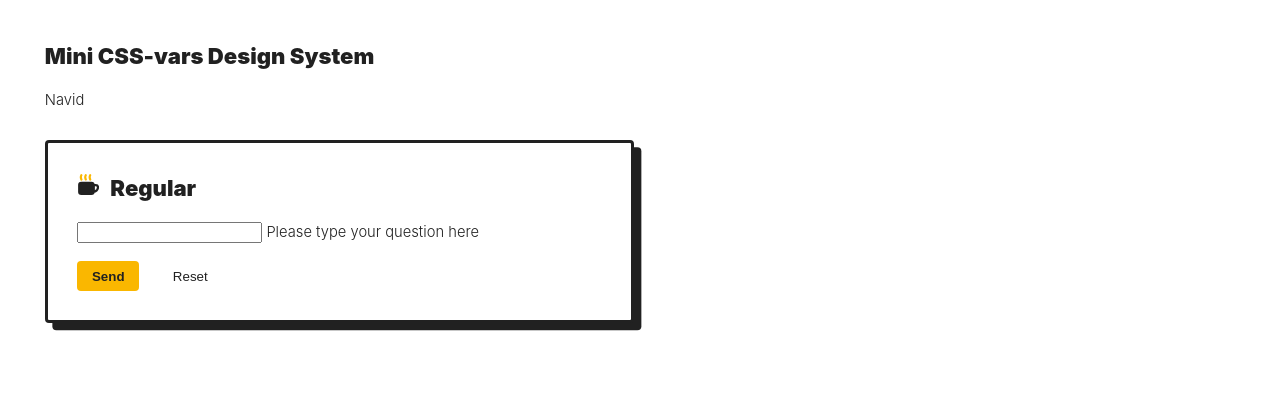
Repository: navid-amini12/capstone-1
Page: quiz.html
The author's editor kept a copy of each file at every save. The page is drawn from the files as they stood at one save, then again after the next save.
The browser window is 1280 px wide. The pictures show the whole page.
Some web fonts or font styles are not loaded; a fallback is used.

Above is the page before, as saved 2022-05-17 12:18:27.

### quiz.html

<head>
    <link rel="stylesheet" href="quiz.css">
    </head>

<article class="l-design-widht">
    <h1>Mini CSS-vars Design System</h1>

   <p>Navid</p>

    <div class="card">
      <h2><svg class="icon" aria-hidden="true">
        <use xlink:href="#icon-coffee" href="#icon-coffee" /></svg>Regular</h2>
      <label class="input">
        <input class="input__field" type="text" placeholder=" " />
        <span class="input__label">Please type your question here</span>
      </label>
      <div class="button-group">
        <button>Send</button>
        <button type="reset">Reset</button>
      </div>
    </div>



  <svg xmlns="http://www.w3.org/2000/svg" class="hidden">
    <symbol id="icon-coffee" viewBox="0 0 20 20">
      <title>icon-coffee</title>
      <path fill="currentColor" d="M15,17H14V9h3a3,3,0,0,1,3,3h0A5,5,0,0,1,15,17Zm1-6v3.83A3,3,0,0,0,18,12a1,1,0,0,0-1-1Z"/>
      <rect fill="currentColor" x="1" y="7" width="15" height="12" rx="3" ry="3"/>
      <path fill="var(--color-accent)" d="M7.07,5.42a5.45,5.45,0,0,1,0-4.85,1,1,0,0,1,1.79.89,3.44,3.44,0,0,0,0,3.06,1,1,0,0,1-1.79.89Z"/>
      <path fill="var(--color-accent)" d="M3.07,5.42a5.45,5.45,0,0,1,0-4.85,1,1,0,0,1,1.79.89,3.44,3.44,0,0,0,0,3.06,1,1,0,1,1-1.79.89Z"/>
      <path fill="var(--color-accent)" d="M11.07,5.42a5.45,5.45,0,0,1,0-4.85,1,1,0,0,1,1.79.89,3.44,3.44,0,0,0,0,3.06,1,1,0,1,1-1.79.89Z"/>
    </symbol>
  </svg>

### quiz.css
@import url('https://rsms.me/inter/inter.css');

:root {
  --color-light: white;
  --color-dark: #212121;
  --color-signal: #fab700;

  --color-background: var(--color-light);
  --color-text: var(--color-dark);
  --color-accent: var(--color-signal);

  --size-bezel: .5rem;
  --size-radius: 4px;

  line-height: 1.4;

  font-family: 'Inter', sans-serif;
  font-size: calc(.6rem + .4vw);
  color: var(--color-text);
  background: var(--color-background);
  font-weight: 300;
  padding: 0 calc(var(--size-bezel) * 3);
}

h1, h2, h3 {
  font-weight: 900;
}

mark {
  background: var(--color-accent);
  color: var(--color-text);
  font-weight: bold;
  padding: 0 0.2em;
}

.card {
  background: var(--color-background);
  padding: calc(4 * var(--size-bezel));
  margin-top: calc(4 * var(--size-bezel));
  border-radius: var(--size-radius);
  border: 3px solid var(--color-shadow, currentColor);
  box-shadow: .5rem .5rem 0 var(--color-shadow, currentColor);

  &--inverted {
    --color-background: var(--color-dark);
    color: var(--color-light);
    --color-shadow: var(--color-accent);
  }

  &--accent {
    --color-background: var(--color-signal);
    --color-accent: var(--color-light);
    color: var(--color-dark);
  }

  *:first-child {
    margin-top: 0;
  }
}


.l-design-widht {
  max-width: 40rem;
  padding: 1rem;
}

.input {
  position: relative;

  &__label {
    position: absolute;
    left: 0;
    top: 0;
    padding: calc(var(--size-bezel) * 0.75) calc(var(--size-bezel) * .5);
    margin: calc(var(--size-bezel) * 0.75 + 3px) calc(var(--size-bezel) * .5);
    background: pink;
    white-space: nowrap;
    transform: translate(0, 0);
    transform-origin: 0 0;
    background: var(--color-background);
    transition: transform 120ms ease-in;
    font-weight: bold;
    line-height: 1.2;
  }
  &__field {
    box-sizing: border-box;
    display: block;
    width: 100%;
    border: 3px solid currentColor;
    padding: calc(var(--size-bezel) * 1.5) var(--size-bezel);
    color: currentColor;
    background: transparent;
    border-radius: var(--size-radius);

    &:focus,
    &:not(:placeholder-shown) {
      & + .input__label {
        transform: translate(.25rem, -65%) scale(.8);
        color: var(--color-accent);
      }
    }
  }
}


.button-group {
  margin-top: calc(var(--size-bezel) * 2.5);
}

button {
  color: currentColor;
  padding: var(--size-bezel) calc(var(--size-bezel) * 2);
  background: var(--color-accent);
  border: none;
  border-radius: var(--size-radius);
  font-weight: 900;

  &[type=reset]{
    background: var(--color-background);
    font-weight: 200;
  }
}

button + button {
  margin-left: calc(var(--size-bezel) * 2);
}

.icon {
  display: inline-block;
  width: 1em; height: 1em;
  margin-right: .5em;
}

.hidden {
  display: none;
}

After the next save:
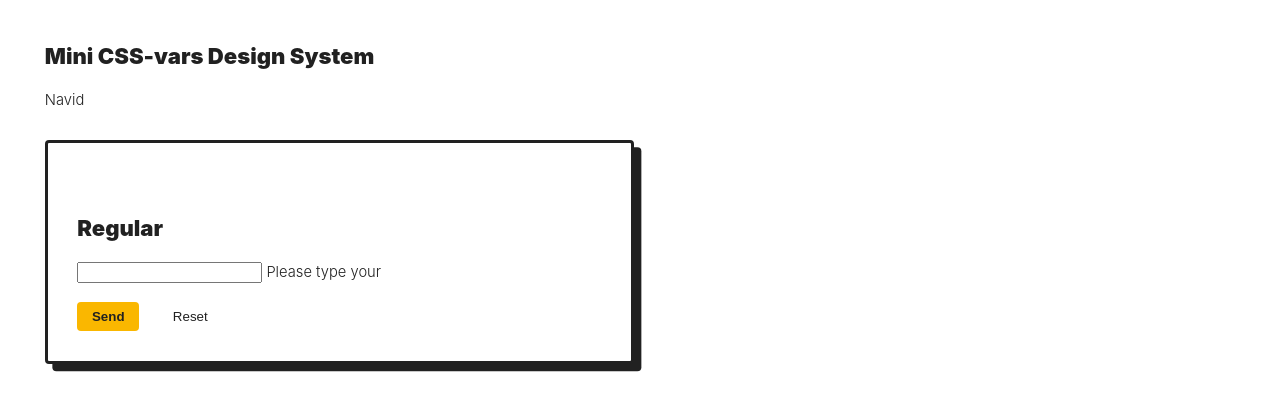
Saved 55 s later.
--- a/quiz.html
+++ b/quiz.html
@@ -10,10 +10,10 @@
 
     <div class="card">
       <h2><svg class="icon" aria-hidden="true">
-        <use xlink:href="#icon-coffee" href="#icon-coffee" /></svg>Regular</h2>
+        <h2>Regular</h2>
       <label class="input">
         <input class="input__field" type="text" placeholder=" " />
-        <span class="input__label">Please type your question here</span>
+        <span class="input__label">Please type your</span>
       </label>
       <div class="button-group">
         <button>Send</button>
